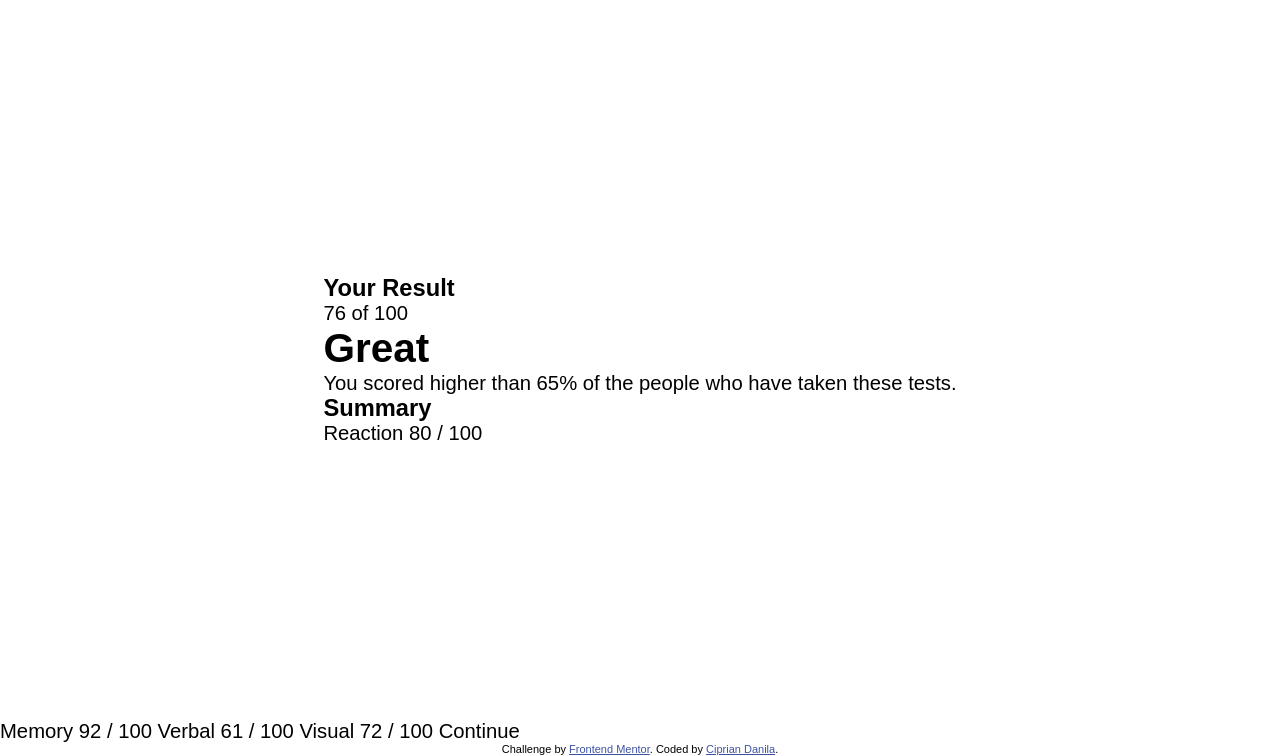
Repository: cipdanila/results-summary-component
Page: index.html
These files come from the project's save history. The page is drawn as it stood at one moment and after the next save; the edit follows.
The browser window is 1280 px wide. The pictures show the whole page.

Above is the page before, as saved 2024-02-01 20:13:55.

### index.html
<!DOCTYPE html>
<html lang="en">
<head>
  <meta charset="UTF-8">
  <meta name="viewport" content="width=device-width, initial-scale=1.0"> <!-- displays site properly based on user's device -->

  <link rel="icon" type="image/png" sizes="32x32" href="./assets/images/favicon-32x32.png">
  <link rel="stylesheet" href="styles.css">
  <title>Frontend Mentor | Results summary component</title>

</head>
<body>
  <main>
    <div class="card">
      <div class="result">
        <h3>Your Result</h3>
        <div class="score">
          76
          of 100
        </div>
        <h1>Great</h1>
        <p>You scored higher than 65% of the people who have taken these tests.</p>
      </div>
      <div class="summary">
        <h3>Summary</h3>
        <div class="reaction">Reaction
          80 / 100</div>
        <div class="reaction"></div>
        <div class="reaction"></div>
        <div class="reaction"></div>
      </div>
    </div>
  </main>





  Memory
  92 / 100

  Verbal
  61 / 100

  Visual
  72 / 100

  Continue

  <footer>
    <div class="attribution">
        Challenge by
        <a
            href="https://www.frontendmentor.io/challenges/results-summary-component-CE_K6s0maV/hub"
            target="_blank"
            rel="noopener noreferer"
            >Frontend Mentor</a
        >. Coded by <a href="https://github.com/cipdanila" target="_blank" rel="noopener noreferer">Ciprian Danila</a>.
    </div>
</footer>
</body>
</html>

### styles.css
@import url('https://fonts.googleapis.com/css2?family=Hanken+Grotesk:wght@500;700;800&display=swap');

:root {
    /* Colors */
    /* Primary */
    --light-red: hsl(0, 100%, 67%);
    --orange-yellow: hsl(39, 100%, 56%);
    --green-teal: hsl(166, 100%, 37%);
    --cobalt-blue: hsl(234, 85%, 45%);
    /* Gradients */
    --light-slate-blue: hsl(252, 100%, 67%);    /*  (background) */
    --light-royal-blue: hsl(241, 81%, 54%);    /* (background) */

    --violet-blue: hsla(256, 72%, 46%, 1); /* (circle) */
    --persian-blue: hsla(241, 72%, 46%, 0);    /* (circle) */
    /* Neutral */
    --white: hsl(0, 0%, 100%);
    --pale-blue: hsl(221, 100%, 96%);
    --light-lavender: hsl(241, 100%, 89%);
    --dark-gray-blue: hsl(224, 30%, 27%);
}

*, *::after, *::before {
    box-sizing: border-box;
    margin: 0;
    padding: 0;
}

body, html {
    height: 100%;
    font-family: "Outfit", sans-serif;
    font-size: 1.125rem;                /* 18px */
    font-weight: 300;
    background-color: var(--white);
}

main {
    display: flex;
    justify-content: center;
    align-items: center;
    height: 100%;
}

.attribution {
    font-size: 11px;
    text-align: center;
}
.attribution a {
    color: hsl(228, 45%, 44%);
}

After the next save:
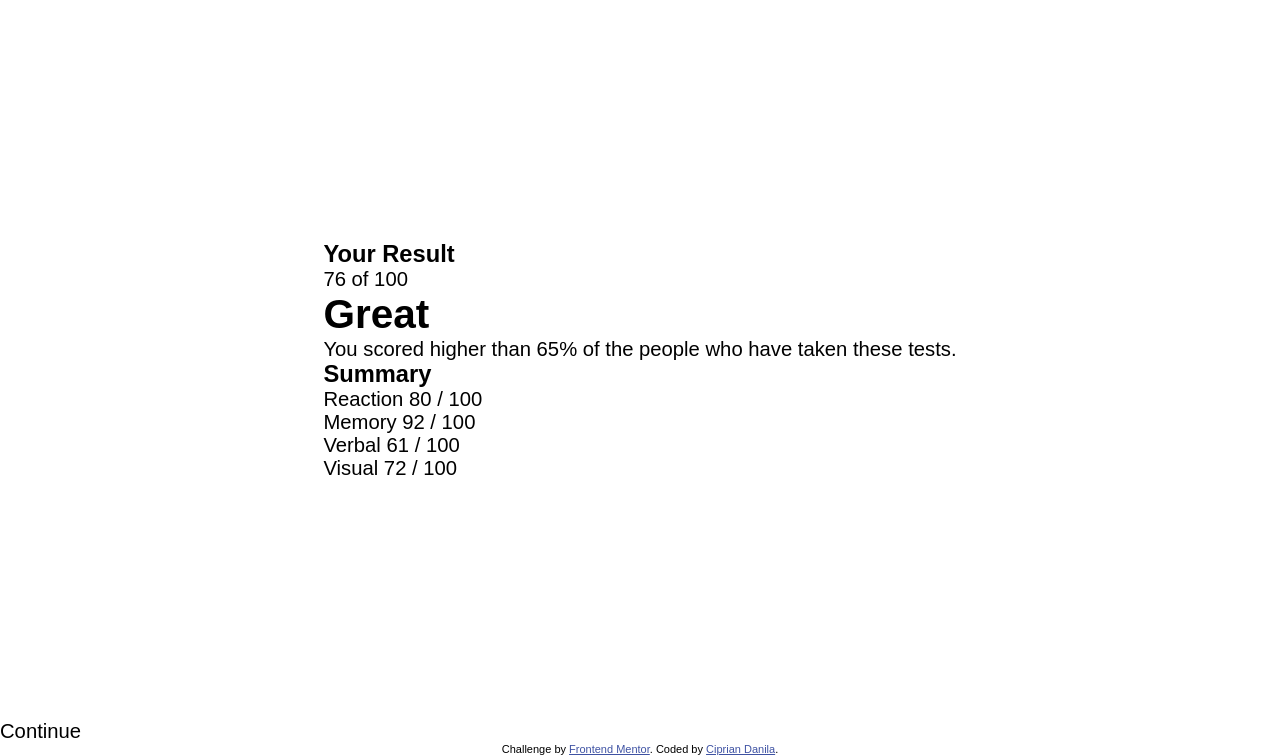
Saved 64 s later.
--- a/index.html
+++ b/index.html
@@ -25,25 +25,15 @@
         <h3>Summary</h3>
         <div class="reaction">Reaction
           80 / 100</div>
-        <div class="reaction"></div>
-        <div class="reaction"></div>
-        <div class="reaction"></div>
+        <div class="memory">Memory
+          92 / 100</div>
+        <div class="verbal">Verbal
+          61 / 100</div>
+        <div class="visual">Visual
+          72 / 100</div>
       </div>
     </div>
   </main>
-
-
-
-
-
-  Memory
-  92 / 100
-
-  Verbal
-  61 / 100
-
-  Visual
-  72 / 100
 
   Continue
 
